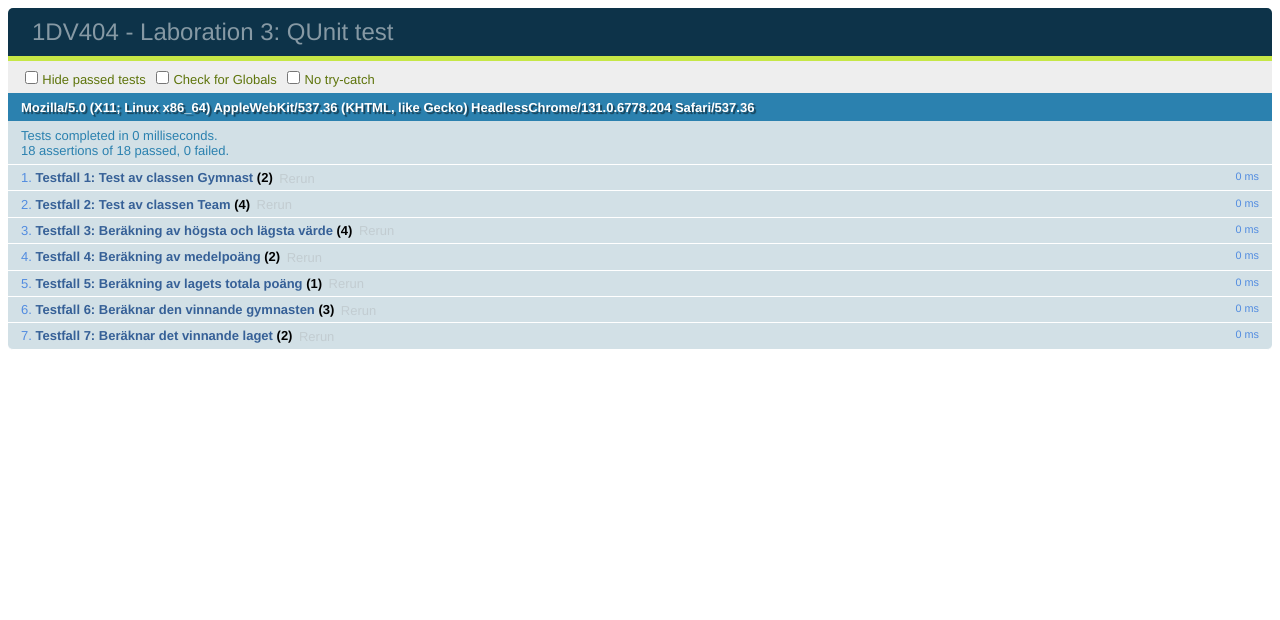
Repository: Holmewi/1dv404-jh222qr-laborationer
Page: Lab 3/test.html
The author's editor kept a record of every edit. The page is drawn from the files as they stood at one moment, then again after the next edit.
The browser window is 1280 px wide. The pictures show the whole page.

Above is the page before.

### Lab 3/test.html
<!DOCTYPE HTML>
<html lang="sv">

<head>
    <meta charset="utf-8" />
    <title>1DV404 - Laboration 3: QUnit test</title>
    <link rel="stylesheet" href="test/qunit-1.16.0.css">
</head>

<body>

<div id="qunit"></div>
<div id="qunit-fixture"></div>

    <script src="test/qunit-1.16.0.js"></script>
    <script src="test/tests.js"></script>
    <script src="js/testclasses.js"></script>
    <script src="js/Gymnast.js"></script>
    <script src="js/Team.js"></script>

</body>
</html>

### Lab 3/test/qunit-1.16.0.css
/*!
 * QUnit 1.16.0
 * http://qunitjs.com/
 *
 * Copyright 2006, 2014 jQuery Foundation and other contributors
 * Released under the MIT license
 * http://jquery.org/license
 *
 * Date: 2014-12-03T16:32Z
 */

/** Font Family and Sizes */

#qunit-tests, #qunit-header, #qunit-banner, #qunit-testrunner-toolbar, #qunit-userAgent, #qunit-testresult {
	font-family: "Helvetica Neue Light", "HelveticaNeue-Light", "Helvetica Neue", Calibri, Helvetica, Arial, sans-serif;
}

#qunit-testrunner-toolbar, #qunit-userAgent, #qunit-testresult, #qunit-tests li { font-size: small; }
#qunit-tests { font-size: smaller; }


/** Resets */

#qunit-tests, #qunit-header, #qunit-banner, #qunit-userAgent, #qunit-testresult, #qunit-modulefilter {
	margin: 0;
	padding: 0;
}


/** Header */

#qunit-header {
	padding: 0.5em 0 0.5em 1em;

	color: #8699A4;
	background-color: #0D3349;

	font-size: 1.5em;
	line-height: 1em;
	font-weight: 400;

	border-radius: 5px 5px 0 0;
}

#qunit-header a {
	text-decoration: none;
	color: #C2CCD1;
}

#qunit-header a:hover,
#qunit-header a:focus {
	color: #FFF;
}

#qunit-testrunner-toolbar label {
	display: inline-block;
	padding: 0 0.5em 0 0.1em;
}

#qunit-banner {
	height: 5px;
}

#qunit-testrunner-toolbar {
	padding: 0.5em 1em 0.5em 1em;
	color: #5E740B;
	background-color: #EEE;
	overflow: hidden;
}

#qunit-userAgent {
	padding: 0.5em 1em 0.5em 1em;
	background-color: #2B81AF;
	color: #FFF;
	text-shadow: rgba(0, 0, 0, 0.5) 2px 2px 1px;
}

#qunit-modulefilter-container {
	float: right;
}

/** Tests: Pass/Fail */

#qunit-tests {
	list-style-position: inside;
}

#qunit-tests li {
	padding: 0.4em 1em 0.4em 1em;
	border-bottom: 1px solid #FFF;
	list-style-position: inside;
}

#qunit-tests > li {
	display: none;
}

#qunit-tests li.pass, #qunit-tests li.running, #qunit-tests li.fail {
	display: list-item;
}

#qunit-tests.hidepass li.pass, #qunit-tests.hidepass li.running  {
	display: none;
}

#qunit-tests li strong {
	cursor: pointer;
}

#qunit-tests li.skipped strong {
	cursor: default;
}

#qunit-tests li a {
	padding: 0.5em;
	color: #C2CCD1;
	text-decoration: none;
}
#qunit-tests li a:hover,
#qunit-tests li a:focus {
	color: #000;
}

#qunit-tests li .runtime {
	float: right;
	font-size: smaller;
}

.qunit-assert-list {
	margin-top: 0.5em;
	padding: 0.5em;

	background-color: #FFF;

	border-radius: 5px;
}

.qunit-collapsed {
	display: none;
}

#qunit-tests table {
	border-collapse: collapse;
	margin-top: 0.2em;
}

#qunit-tests th {
	text-align: right;
	vertical-align: top;
	padding: 0 0.5em 0 0;
}

#qunit-tests td {
	vertical-align: top;
}

#qunit-tests pre {
	margin: 0;
	white-space: pre-wrap;
	word-wrap: break-word;
}

#qunit-tests del {
	background-color: #E0F2BE;
	color: #374E0C;
	text-decoration: none;
}

#qunit-tests ins {
	background-color: #FFCACA;
	color: #500;
	text-decoration: none;
}

/*** Test Counts */

#qunit-tests b.counts                       { color: #000; }
#qunit-tests b.passed                       { color: #5E740B; }
#qunit-tests b.failed                       { color: #710909; }

#qunit-tests li li {
	padding: 5px;
	background-color: #FFF;
	border-bottom: none;
	list-style-position: inside;
}

/*** Passing Styles */

#qunit-tests li li.pass {
	color: #3C510C;
	background-color: #FFF;
	border-left: 10px solid #C6E746;
}

#qunit-tests .pass                          { color: #528CE0; background-color: #D2E0E6; }
#qunit-tests .pass .test-name               { color: #366097; }

#qunit-tests .pass .test-actual,
#qunit-tests .pass .test-expected           { color: #999; }

#qunit-banner.qunit-pass                    { background-color: #C6E746; }

/*** Failing Styles */

#qunit-tests li li.fail {
	color: #710909;
	background-color: #FFF;
	border-left: 10px solid #EE5757;
	white-space: pre;
}

#qunit-tests > li:last-child {
	border-radius: 0 0 5px 5px;
}

#qunit-tests .fail                          { color: #000; background-color: #EE5757; }
#qunit-tests .fail .test-name,
#qunit-tests .fail .module-name             { color: #000; }

#qunit-tests .fail .test-actual             { color: #EE5757; }
#qunit-tests .fail .test-expected           { color: #008000; }

#qunit-banner.qunit-fail                    { background-color: #EE5757; }

/*** Skipped tests */

#qunit-tests .skipped {
	background-color: #EBECE9;
}

#qunit-tests .qunit-skipped-label {
	background-color: #F4FF77;
	display: inline-block;
	font-style: normal;
	color: #366097;
	line-height: 1.8em;
	padding: 0 0.5em;
	margin: -0.4em 0.4em -0.4em 0;
}

/** Result */

#qunit-testresult {
	padding: 0.5em 1em 0.5em 1em;

	color: #2B81AF;
	background-color: #D2E0E6;

	border-bottom: 1px solid #FFF;
}
#qunit-testresult .module-name {
	font-weight: 700;
}

/** Fixture */

#qunit-fixture {
	position: absolute;
	top: -10000px;
	left: -10000px;
	width: 1000px;
	height: 1000px;
}

### Lab 3/test/tests.js
QUnit.test( "Testfall 1: Test av classen Gymnast", function(assert) {
    var gymnast = new Gymnast("Sara Larsson", 203)

    var expected = {
            name: "Sara Larsson",
            id: 203,
        };
    assert.equal(gymnast.getName(), expected.name, "The object returns the name");
    assert.equal(gymnast.getId(), expected.id, "The object returns the id");
});

QUnit.test( "Testfall 2: Test av classen Team", function(assert) {
    var gymnasts = [
		{name: "Erik Svensson", id : 226},
		{name: "Sara Larsson", id : 188},
		{name: "Thomas Björk", id : 197},
		{name: "Jenny Ahl", id : 256},
	];

    var team = new Team("FC Calmare", 26, gymnasts)

    var expected = {
            teamName: "FC Calmare",
            teamId: 26,
            gymnasts: [
        		{name: "Erik Svensson", id : 226},
        		{name: "Sara Larsson", id : 188},
        		{name: "Thomas Björk", id : 197},
        		{name: "Jenny Ahl", id : 256},
        	]
        };

    assert.equal(team.getName(), expected.teamName, "The object returns the name");
    assert.equal(team.getId(), expected.teamId, "The object returns the id");
    assert.equal(team.getGymnasts()[0].name, expected.gymnasts[0].name, "The object returns the gymnast name");
    assert.equal(team.getGymnasts()[0].id, expected.gymnasts[0].id, "The object returns the gymnast id");
});

QUnit.test( "Testfall 3: Beräkning av högsta och lägsta värde", function(assert) {
    var gymnastPnts1 = [2, -1, 4, 8, 5];
    var gymnastPnts2 = [5, 6, 4, 11, 7];
    var gymnastPnts3 = [2, 10, 5, 7, 4];
    var gymnastPnts4 = [2, 10, 5, 7, 4];

    assert.throws(CalculateGymnastMediumPnt(gymnastPnts1), "ERROR! The point is to low");
    assert.throws(CalculateGymnastMediumPnt(gymnastPnts2), "ERROR! The point is to hig");
    assert.equal(CalculateGymnastMediumPnt(gymnastPnts3).minPnt, 2, "The lowerst point is 2.");
    assert.equal(CalculateGymnastMediumPnt(gymnastPnts4).maxPnt, 10, "The highest point is 10.");
});

QUnit.test( "Testfall 4: Beräkning av medelpoäng", function(assert) {
    var gymnastPnts1 = [7, 9, 5, 10, 4];
    var gymnastPnts2 = [7, 10, 9, 10, 6];

    assert.equal(CalculateGymnastMediumPnt(gymnastPnts1).gymnastMediumScore, 7, "The average point is 7.");
    assert.equal(CalculateGymnastMediumPnt(gymnastPnts2).gymnastMediumScore, 8.67, "The average point is 8,67.");
});


QUnit.test( "Testfall 5: Beräkning av lagets totala poäng", function(assert) {
    var gymnasts1 = [
		{name: "Erik Svensson", id : 226, point: 8},
		{name: "Sara Larsson", id : 188, point: 9},
		{name: "Thomas Björk", id : 197, point: 7},
		{name: "Jenny Ahl", id : 256, point: 8}
	];

	assert.equal(CalcTeamPnt(gymnasts1).teamPnt, 32, "The team total point is 32");

});

QUnit.test( "Testfall 6: Beräknar den vinnande gymnasten", function(assert) {
    var gymnasts1 = [
		{name: "Erik Svensson", id : 226, point: 8},
		{name: "Sara Larsson", id : 188, point: 9},
		{name: "Thomas Björk", id : 197, point: 7},
		{name: "Jenny Ahl", id : 256, point: 6}
	];

	assert.equal(CalcTeamPnt(gymnasts1).gold, "Sara Larsson is the winner with 9 points", CalcTeamPnt(gymnasts1).gold);
    assert.equal(CalcTeamPnt(gymnasts1).silver, "Erik Svensson comes second with 8 points", CalcTeamPnt(gymnasts1).silver);
    assert.equal(CalcTeamPnt(gymnasts1).bronze, "Thomas Björk comes third with 7 points", CalcTeamPnt(gymnasts1).bronze);
});

QUnit.test( "Testfall 7: Beräknar det vinnande laget", function(assert) {
    var gymnasts1 = [
		{name: "Erik Svensson", id : 226, point: 8},
		{name: "Sara Larsson", id : 188, point: 9},
		{name: "Thomas Björk", id : 197, point: 7},
		{name: "Jenny Ahl", id : 256, point: 6}
	];

	var gymnasts2 = [
		{name: "Mathila Jonsson", id : 334, point: 6},
		{name: "Jonas Sjöbom", id : 34, point: 4},
		{name: "Elin Dahlkvist", id : 339, point: 8},
		{name: "Tobias Torfeltd", id : 114, point: 7}
	];

	var team1 = new Team("FC Calmare", 26, gymnasts1);
	var team2 = new Team("Nybro IF", 15, gymnasts2);

	console.log(CalcTeamPnt(team1.getGymnasts()).teamPnt);
	console.log(CalcTeamPnt(team2.getGymnasts()).teamPnt);

	assert.equal(CalcTeamPnt(team1.getGymnasts()).teamPnt, 30, team1.getName() + " is the winner with " + CalcTeamPnt(team1.getGymnasts()).teamPnt) + " poäng";
	assert.equal(CalcTeamPnt(team2.getGymnasts()).teamPnt, 25, team2.getName() + " is the loser with " + CalcTeamPnt(team2.getGymnasts()).teamPnt) + " poäng";
});

### Lab 3/js/testclasses.js
function CalculateGymnastMediumPnt(gymnastPnts){

    // gymnastPnts är en array med fem värden som matas in av sekreteraren för varje gren

    try{

        var gymnastAddedScore = 0;
        var gymnastMediumScore = 0;
        var points;

        function sortNumber(a,b) {
            return a - b;
        }

        gymnastPnts.sort(sortNumber);
        gymnastPnts.reverse();
        console.log(gymnastPnts);

        // Sätter maxpoäng och minsta poäng
        var minPnt = gymnastPnts[gymnastPnts.length - 1];
    	var maxPnt = gymnastPnts[0];

        // Tar bort den högsta och lägsta poängen
        gymnastPnts.splice(0, 1);
        gymnastPnts.splice(3, 4);
        console.log(gymnastPnts);

        gymnastAddedScore = gymnastPnts.reduce(function(a,b){return a+b;});
        console.log(gymnastAddedScore);

        gymnastMediumScore = Math.round((gymnastAddedScore / gymnastPnts.length) * 100) / 100;
        console.log("Gymnast Medium Score: " + gymnastMediumScore);

        points = {minPnt : minPnt, maxPnt : maxPnt, gymnastMediumScore : gymnastMediumScore};

        return points;
    }
	catch(error){
		console.log(error.message);
	}
}

function CalcTeamPnt(teamGymnasts){

    // teamGymnasts är en array med samtliga gymnaster i laget


    try{
        var scores = [];
        var points;
        var teamPnt = 0;
        var gold, silver, bronze;

        teamGymnasts.forEach(function(member, index){
			scores[index] = member.point;
			if (member.point < 0) {
			    throw new Error("Point is to low");
			}
			if (member.point > 10) {
			    throw new Error("Point is to high");
			}
		});

		function sortNumber(a,b) {
            return a - b;
        }

		scores.sort(sortNumber);

		console.log(scores);

		teamGymnasts.forEach(function(member){

    		if(member.point == scores[scores.length - 1]){
    			gold = member.name + " is the winner with " + member.point + " points";
    		}
    		if(member.point == scores[scores.length - 2]){
    			silver = member.name + " comes second with " + member.point + " points";
    		}
    		if(member.point == scores[scores.length - 3]){
    			bronze = member.name + " comes third with " + member.point + " points";
    		}
    	});

		// Adderar värdena i arrayen
        teamPnt = scores.reduce(function(a,b){return a+b;});
        console.log("Team Added Score: " + teamPnt);

        // Sätter maxpoäng och minsta poäng
        // Här inser jag nyttan med att skicka med en array med gymnast-objekt
        // På så vis kan jag enklare lista vilken gymnast som är bäst
        //var minPnt = teamPnts[teamPnts.length - 1];
    	//var maxPnt = teamPnts[0];

    	console.log(gold);


        points = {teamPnt : teamPnt, gold : gold, silver : silver, bronze : bronze};

        return points;
    }
	catch(error){
		console.log(error.message);
	}
}

### Lab 3/js/Gymnast.js
"use strict";

function Gymnast(name, id){
    var score = 0;

    this.getName = function() { return name; };
    this.setName = function(_name) { name = _name };
    this.getId = function() { return id; };
    this.setId = function(_id) { id = _id };

    this.setName(name);
    this.setId(id);
}

Gymnast.prototype.point = function(mediumScore) {
    console.log(mediumScore);




    this.getScore = function() { return mediumScore; };
    this.setScore = function(_score) { mediumScore = _score };

    this.setScore(mediumScore);


    //return mediumScore;
};

### Lab 3/js/Team.js
"use strict";

function Team(teamName, teamId, gymnasts){

    this.getName = function() { return teamName; };
    this.setName = function(_name) { teamName = _name };
    this.getId = function() { return teamId; };
    this.setId = function(_id) { teamId = _id };
    this.getGymnasts = function() { return gymnasts; };
    this.setGymnasts = function(_gymnasts) { gymnasts = _gymnasts };

    this.setName(teamName);
    this.setId(teamId);
    this.setGymnasts(gymnasts);

    console.log(gymnasts);
}

Team.prototype.teamPnts = function(teamPnt) {
    this.getTeamPnt = function() { return teamPnt; };
    this.setTeamPnt = function(_teamPnt) { teamPnt = _teamPnt };

    this.setTeamPnt(teamPnt);
};

Team.prototype.teamTotalPnts = function(teamAddedPnts) {
    this.getTeamTotalPnts = function() { return teamAddedPnts; };
    this.setTeamTotalPnts = function(_teamAddedPnts) { teamAddedPnts = _teamAddedPnts };

    this.setTeamTotalPnts(teamAddedPnts);
};

Team.prototype.teamLeaguePnts = function(teamTotalPnts) {
    this.getTeamLeaguePnts = function() { return teamTotalPnts; };
    this.setTeamLeaguePnts = function(_teamTotalPnts) { teamTotalPnts = _teamTotalPnts };

    this.setTeamLeaguePnts(teamTotalPnts);
};

Loaded but not shown: Lab 3/test/qunit-1.16.0.js (2819 lines, source omitted)

After the next edit:
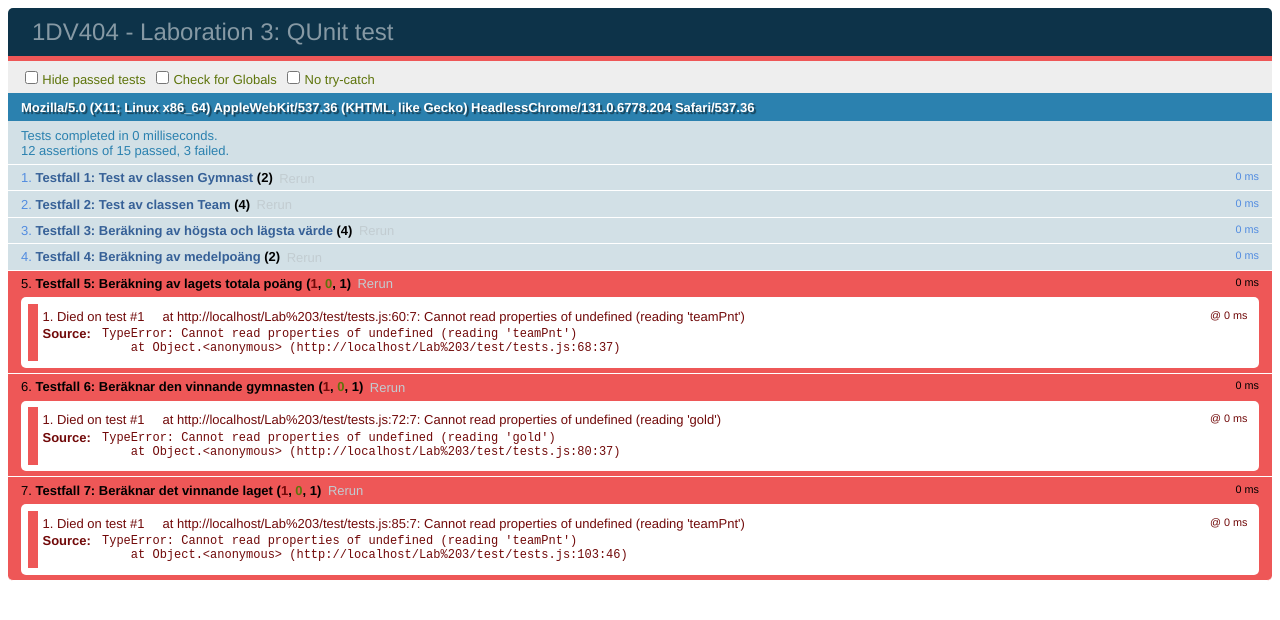
The edit:
--- a/Lab 3/js/testclasses.js
+++ b/Lab 3/js/testclasses.js
@@ -97,7 +97,7 @@
 
         points = {teamPnt : teamPnt, gold : gold, silver : silver, bronze : bronze};
 
-        return points;
+
     }
 	catch(error){
 		console.log(error.message);

After the edit that followed:
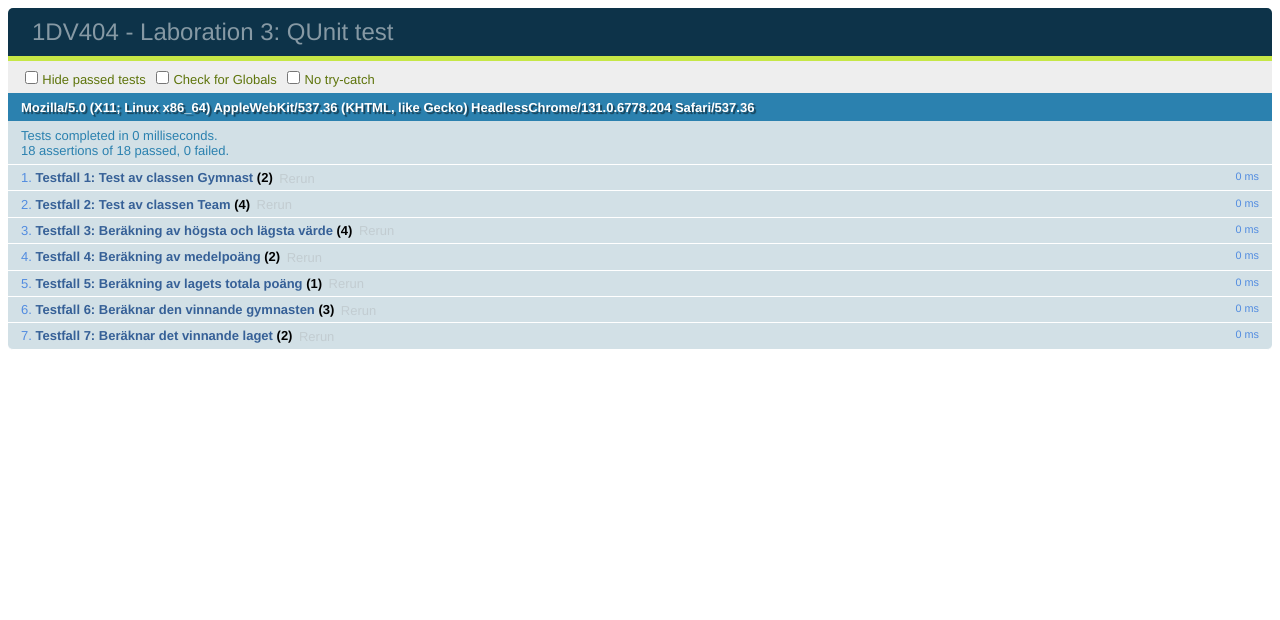
The edit:
--- a/Lab 3/js/testclasses.js
+++ b/Lab 3/js/testclasses.js
@@ -102,4 +102,5 @@
 	catch(error){
 		console.log(error.message);
 	}
+	return points;
 }
